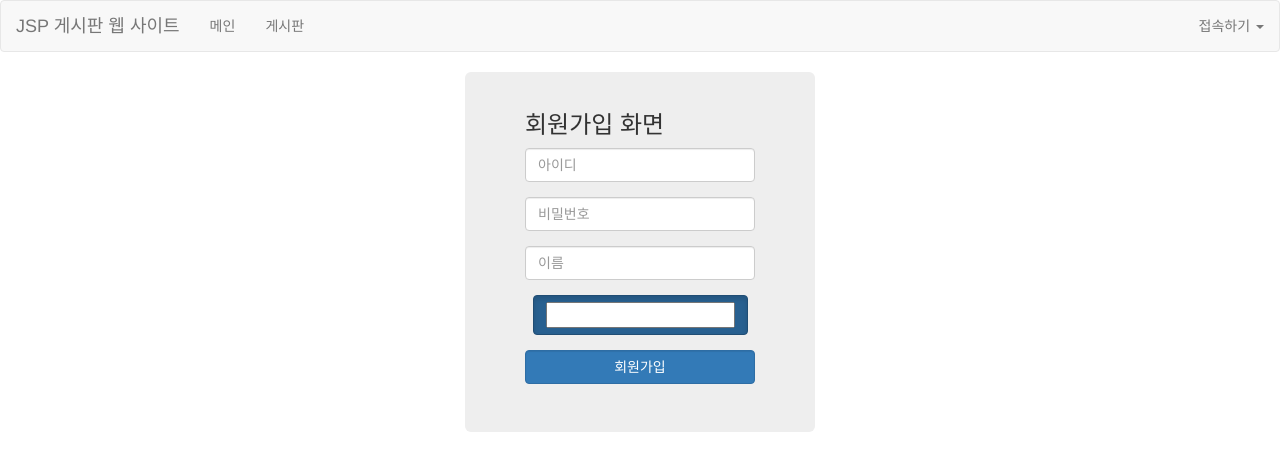
Repository: TheChok/BbsClone
Page: http://localhost/BBS/join.jsp
An editor plug-in stored every save of this project. The page is shown before and after a run of saves, followed by the edit.
The browser window is 1280 px wide. The pictures show the whole page.
Some web libraries are served in a nearby version. The page is served by Tomcat 9.

Above is the page before, as saved 2023-09-21 07:32:20.

After the next 3 saves:
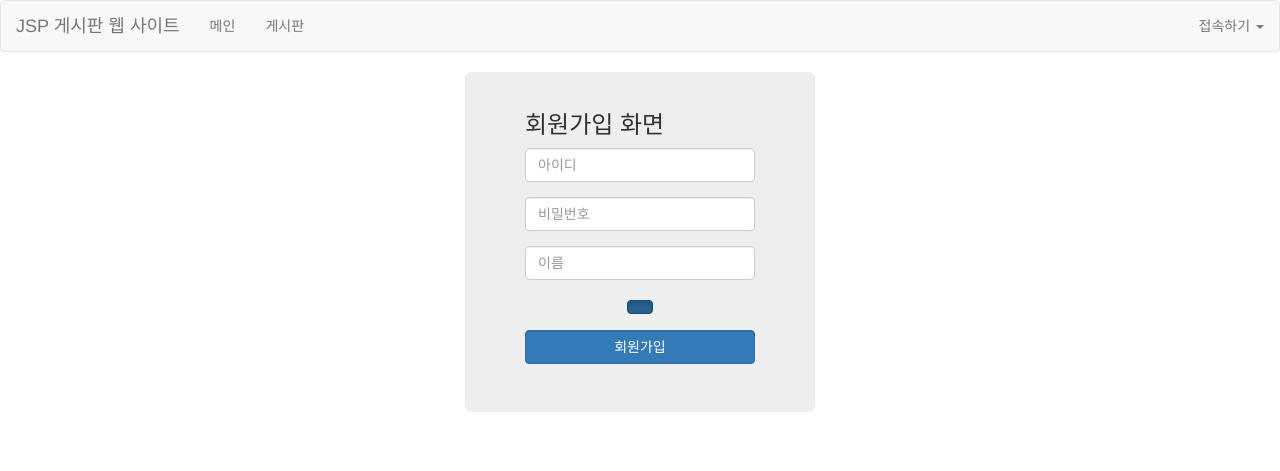
The 3 saves are shown as one change because they came seconds apart.
The last was saved 30 s later.
--- a/BBS/src/main/webapp/join.jsp
+++ b/BBS/src/main/webapp/join.jsp
@@ -69,7 +69,7 @@
 					<div class="form-group" style="text-align:center;">
 						<div class="btn-group" data-toggle="buttons">
 							<label class="btn btn-primary active">
-								<input>
+								<input type="radio" name="userGender" autocomplete="off" />
 							</label>
 						</div>
 					</div>
